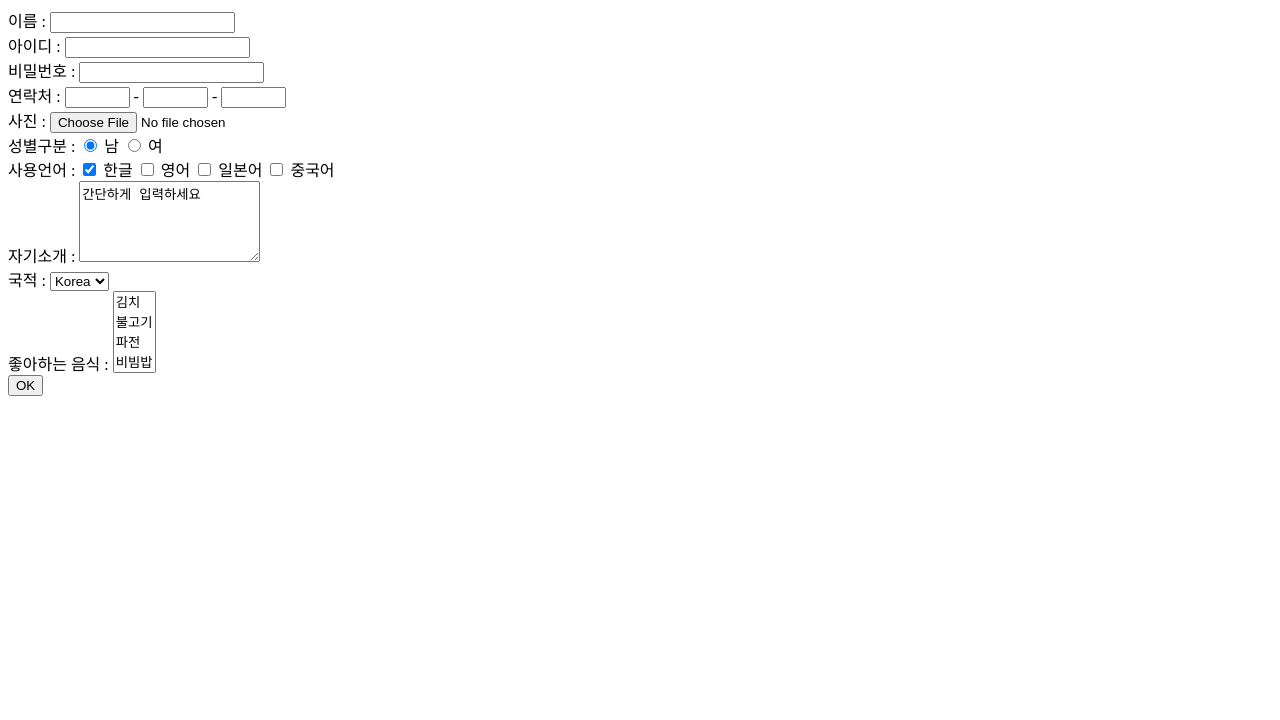
Repository: usonihs/StudyX
Page: JSP/HTML/src/main/webapp/Lec06.html
The author's editor kept a copy of each file at every save. The page is drawn from the files as they stood at one save, then again after the next save.
The browser window is 1280 px wide. The pictures show the whole page.

Above is the page before, as saved 2022-10-19 06:24:55.

After the next save:
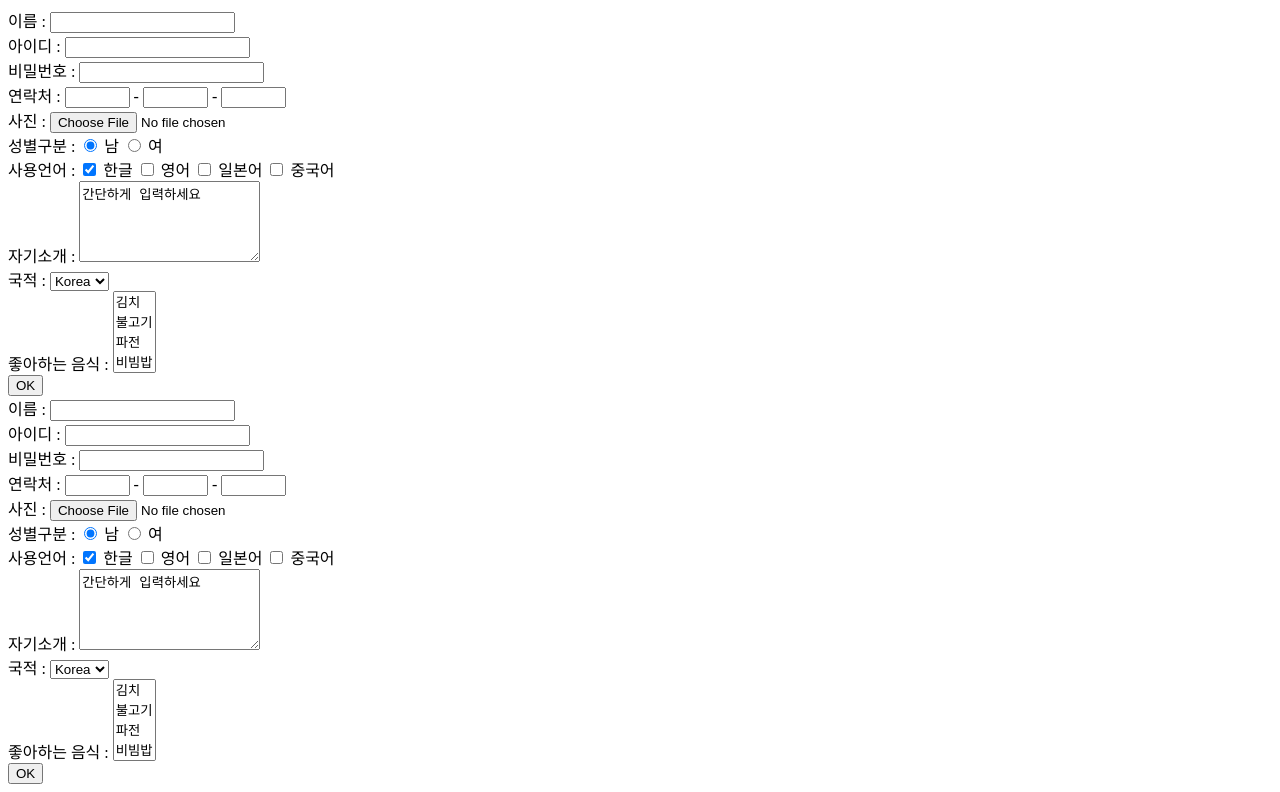
Saved 92 s later.
--- a/JSP/HTML/src/main/webapp/Lec06.html
+++ b/JSP/HTML/src/main/webapp/Lec06.html
@@ -5,7 +5,7 @@
 <title>Form Tag</title>
 </head>
 <body>
-	<form style="margin: auto" action="#" method="post">
+	<form action="#" method="post">
 		이름 : <input type="text" name="userName"><br>
 		아이디 : <input type="text" name="userId"><br>
 		비밀번호 : <input type="password" name="userPassword"><br>
@@ -46,5 +46,48 @@
 
 		<input type="submit" name="okBtn" value="OK">
 	</form>
+	<table>
+	<form action="$" method="post1">
+		이름 : <input type="text" name="userName"><br>
+		아이디 : <input type="text" name="userId"><br>
+		비밀번호 : <input type="password" name="userPassword"><br>
+		연락처 :
+		<input type="text" name="phone1" size="5"> -
+		<input type="text" name="phone2" size="5"> -
+		<input type="text" name="phone3" size="5"> <br>
+		사진 : <input type="file" name="picture"><br>
+		성별구분 :
+		<input type="radio" name="gender" Value="man" checked="checked"> 남
+		<input type="radio" name="gender" Value="woman"> 여 <br>
+		사용언어 :
+		<input type="checkbox" name="lang" value="kor" checked="checked"> 한글
+		<input type="checkbox" name="lang" value="eng"> 영어
+		<input type="checkbox" name="lang" value="jpn"> 일본어
+		<input type="checkbox" name="lang" value="chn"> 중국어 <br>
+
+		자기소개 :
+		<textarea rows="5" cols="20">간단하게 입력하세요</textarea><br>
+
+		국적 :
+		<select>
+			<option>Korea</option>
+			<option>USA</option>
+			<option>Japan</option>
+			<option>China</option>
+		</select> <br>
+
+		좋아하는 음식 :
+		<select multiple="multiple">
+		<option>김치</option>
+		<option>불고기</option>
+		<option>파전</option>
+		<option>비빔밥</option>
+		<option>냉면</option>
+		<option>순대</option>
+		</select><br>
+
+		<input type="submit" name="okBtn" value="OK">
+	</form>
+	</table>
 </body>
 </html>
